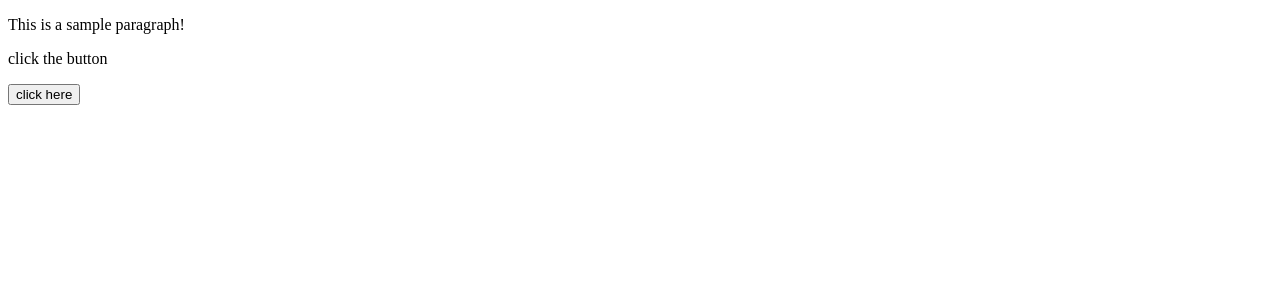
Repository: DhananjayaLakshan/Uom-Web_Design_For_Beginners
Page: Work02/index.html
The author's editor kept a copy of each file at every save. The page is drawn from the files as they stood at one save, then again after the next save.
The browser window is 1280 px wide. The pictures show the whole page.

Above is the page before, as saved 2023-11-30 19:32:30.

### Work02/index.html
<!DOCTYPE html>
<html lang="en">
<head>
    <meta charset="UTF-8">
    <meta name="viewport" content="width=device-width, initial-scale=1.0">
    <title>jquery</title>
    <script src="jquery-3.7.1.min.js"></script>
</head>
<body>
    <p id="pid">This is a sample paragraph!</p>

    <script>

        $(document).ready(function(){
            $('#pid').click(function(){
                alert('You clicked the paragraph..!!');
            })
        })

        // $('#pid').click(function(){
        //     alert('You clicked the paragraph..!!');
        // });

        // document.getElementById('pid').onclick = function(){
        //     alert('You clicked the paragraph..!!');
        // }

    </script>

    <p>click the button</p>
    <button id="btn1">click here</button>





</body>
</html>

Loaded but not shown: Work02/jquery-3.7.1.min.js (library)

After the next save:
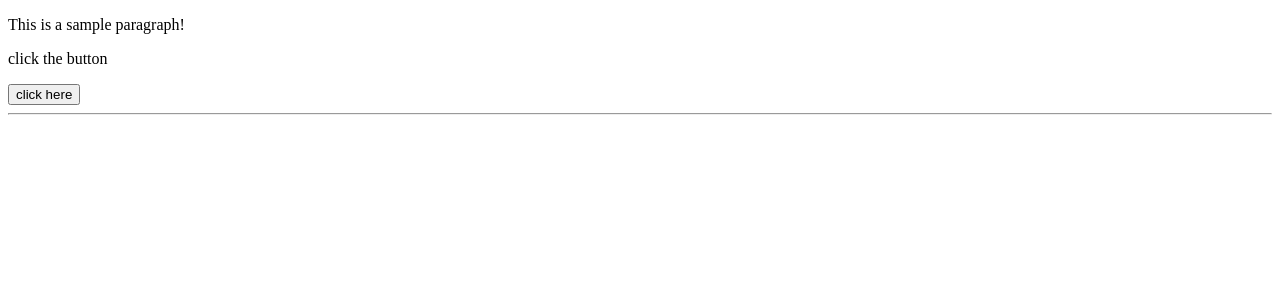
Saved 16 s later.
--- a/Work02/index.html
+++ b/Work02/index.html
@@ -29,6 +29,8 @@
 
     <p>click the button</p>
     <button id="btn1">click here</button>
+    <br><hr><br>
+
 
 
 
